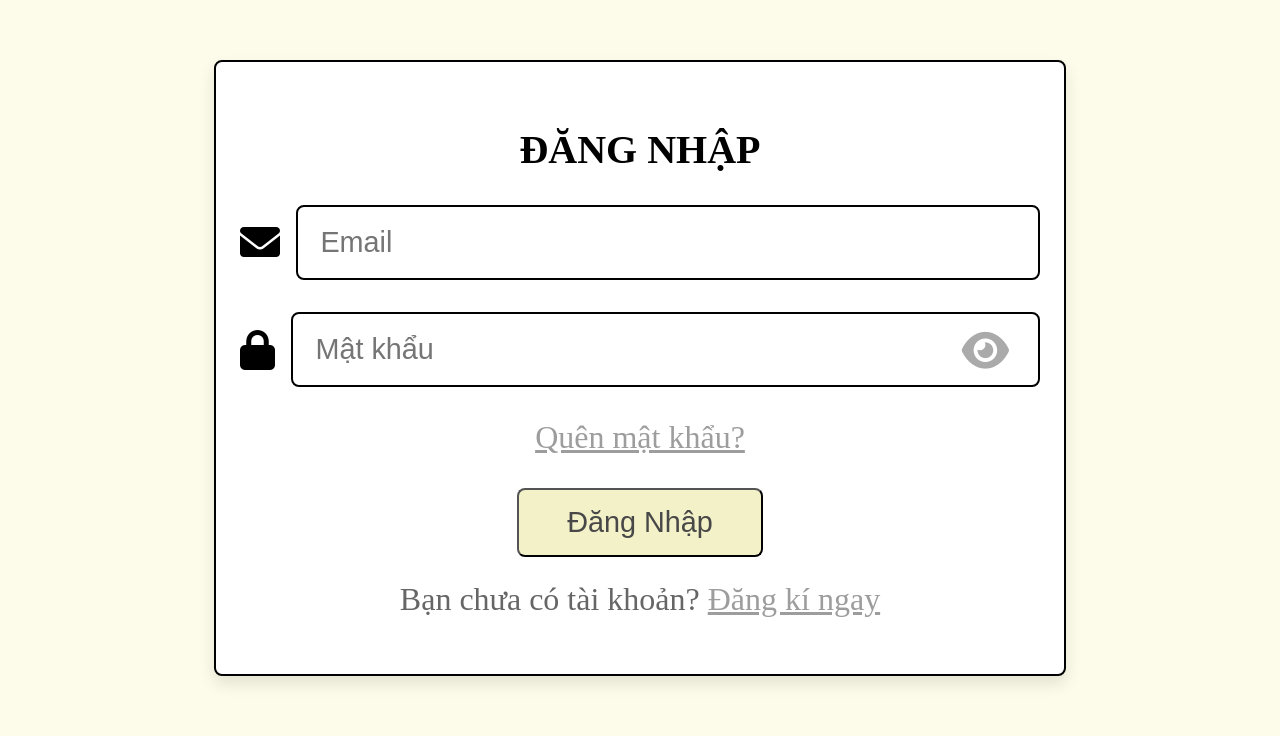
Repository: Dien973/expense_manager
Page: http://localhost/expense_manager/account/login.php
The author's editor kept a copy of each file at every save. The page is drawn from the files as they stood at one save, then again after the next save.
The browser window is 1280 px wide. The pictures show the whole page.
The page is run by PHP 8.4 with error messages shown; the project is at /var/www/html/.

Above is the page before, as saved 2025-12-06 18:42:13.

After the next save:
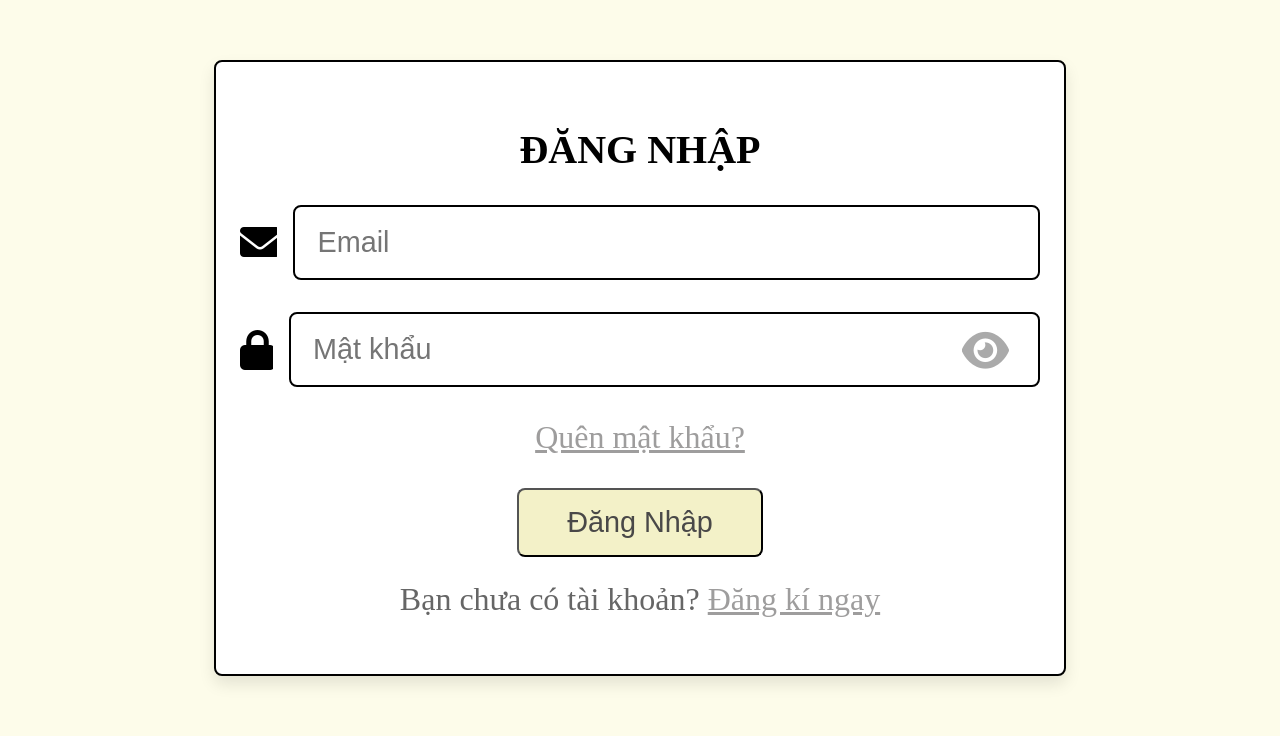
Saved 2 min 9 s later.
--- a/css/main.css
+++ b/css/main.css
@@ -1,3 +1,6 @@
+* {
+  overflow-y: auto;
+}
 body {
   background-color: rgb(253, 252, 234);
 }

After the save that followed:
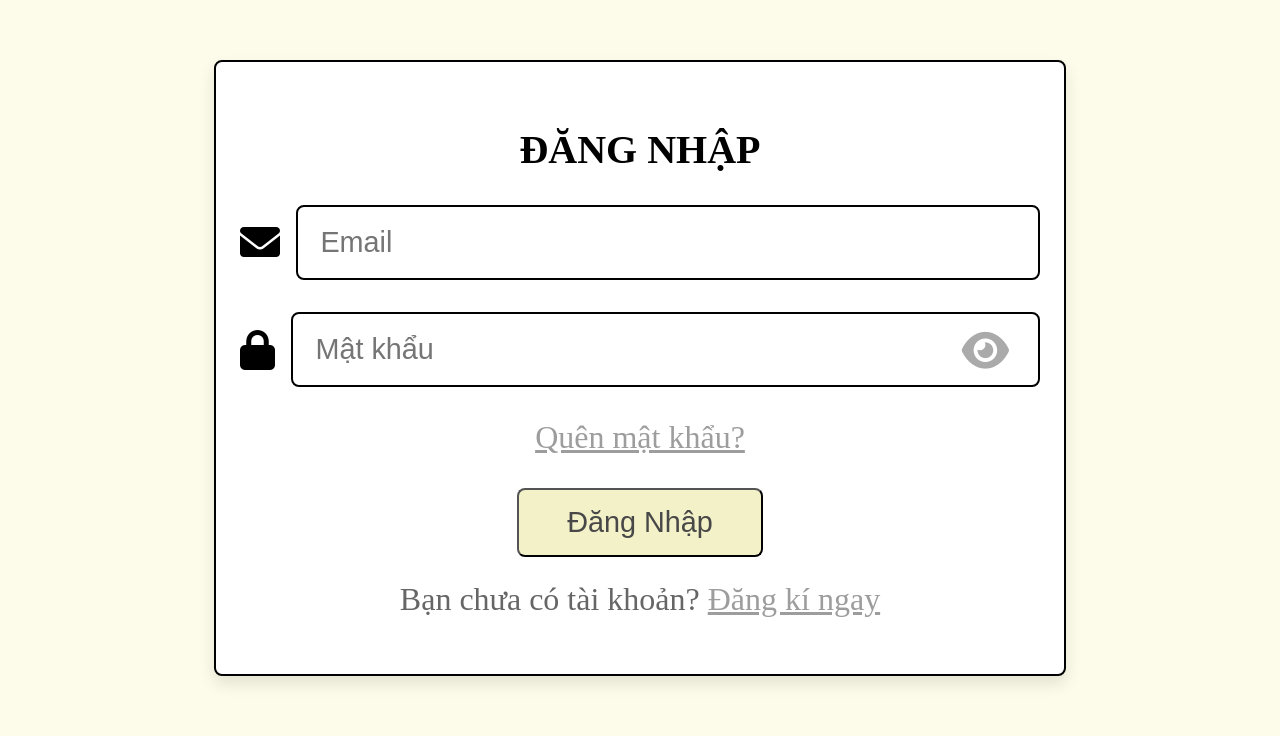
Saved 16 s later.
--- a/css/main.css
+++ b/css/main.css
@@ -1,8 +1,6 @@
-* {
-  overflow-y: auto;
-}
 body {
   background-color: rgb(253, 252, 234);
+  overflow-y: auto;
 }
 /*----------FORM ĐĂNG NHẬP------------*/
 .form-container {
